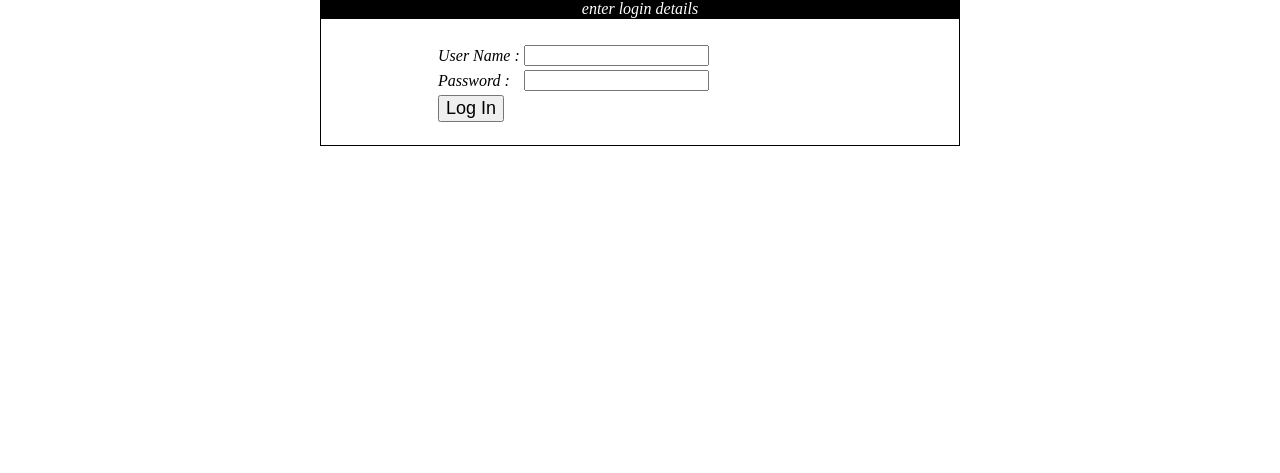
Repository: Hossam-Ali-zz/Employee-System
Page: http://localhost/Employee/login.jsp?lang=en
The author's editor kept a copy of each file at every save. The page is drawn from the files as they stood at one save, then again after the next save.
The browser window is 1280 px wide. The pictures show the whole page.
The page is served by Tomcat 9. Nobody is signed in. The application's start-up code is not run. Other server files are loaded and not shown.

Above is the page before, as saved 2017-04-03 11:39:17.

### Employee/WebContent/login.jsp
<!DOCTYPE html>
<html>
<head>
<meta charset="UTF-8">
<title>Login</title>
</head>
<style>
body {
	font-style: italic;
	width: 50%;
	margin: 0px auto;
}

#login_form {

}

#f1 {
	background-color: #FFF;
	border-style: solid;
	border-width: 1px;
	padding: 23px 1px 20px 114px;
}

.f1_label {
	white-space: nowrap;
}

span {
	color: white;
}

.new {
	background: black;
	text-align: center;
}
</style>


</head>

<body>
        <div id="login_form">
            <div class="new">
			<span>enter login details</span>
		</div>  <!-- This is your header text-->
            <form name="f1" method="post" action="login.php" id="f1">
                <table>
                    <tr>
                        <td class="f1_label">User Name :</td> <!-- This is your first Input Box Label-->
                        <td><input type="text" name="username"
						value="" />
					<!-- This is your first Input Box-->
                        </td>
                    </tr>
                    <tr>
                        <td class="f1_label">Password  :</td>
					<!-- This is your Second Input Box Label-->
                        <td><input type="password" name="password"
						value="" />
					<!-- This is your Second Input Box -->
                        </td>
                    </tr>
                    <tr>
                        <td>
                            <input type="submit" name="login"
						value="Log In" style="font-size:18px; " />
					<!-- This is your submit button -->
                        </td>
                    </tr>
                </table>
            </form>
        </div>
</body>


</html>

After the next save:
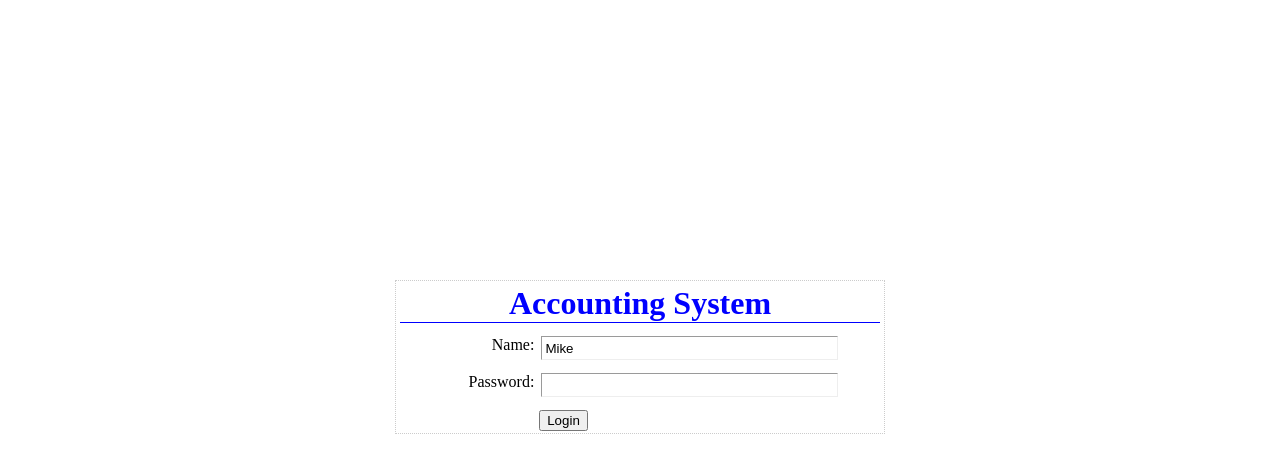
Saved 53 s later.
--- a/Employee/WebContent/login.jsp
+++ b/Employee/WebContent/login.jsp
@@ -1,77 +1,25 @@
-<!DOCTYPE html>
-<html>
+<!DOCTYPE HTML PUBLIC "-//W3C//DTD HTML 4.01//EN" "http://www.w3.org/TR/html4/strict.dtd"><html>
 <head>
-<meta charset="UTF-8">
-<title>Login</title>
+<title>Accounting</title>
+<style type="text/css">
+		html,body{height: 100%; padding:0; margin:0;}
+		form{ width:30em;height:9em; margin:-5em auto 0 auto; position: relative; top:50%; border:1px dotted #ccc; padding:.25em; }
+		fieldset{ margin:0;   border:0;padding:0;}
+		legend{float:left; font-size: 200%; text-align: center; color:blue; font-weight: bold; border-bottom: 1px solid blue; width:15em;  padding:0; }
+		label, label+ input {display:inline; float:left;margin-top:1em;}
+		label{text-align: right; width:28%; clear: left; margin-top:.8em; }
+		label+ input{ width:60%; padding:.25em; ; margin-left:.5em; border: 1px inset;  margin-left: }
+		#sub{  margin-top:1em; position: relative; float:left;clear: left; margin-left: 29%}
+</style>
 </head>
-<style>
-body {
-	font-style: italic;
-	width: 50%;
-	margin: 0px auto;
-}
-
-#login_form {
-
-}
-
-#f1 {
-	background-color: #FFF;
-	border-style: solid;
-	border-width: 1px;
-	padding: 23px 1px 20px 114px;
-}
-
-.f1_label {
-	white-space: nowrap;
-}
-
-span {
-	color: white;
-}
-
-.new {
-	background: black;
-	text-align: center;
-}
-</style>
-
-
-</head>
-
 <body>
-        <div id="login_form">
-            <div class="new">
-			<span>enter login details</span>
-		</div>  <!-- This is your header text-->
-            <form name="f1" method="post" action="login.php" id="f1">
-                <table>
-                    <tr>
-                        <td class="f1_label">User Name :</td> <!-- This is your first Input Box Label-->
-                        <td><input type="text" name="username"
-						value="" />
-					<!-- This is your first Input Box-->
-                        </td>
-                    </tr>
-                    <tr>
-                        <td class="f1_label">Password  :</td>
-					<!-- This is your Second Input Box Label-->
-                        <td><input type="password" name="password"
-						value="" />
-					<!-- This is your Second Input Box -->
-                        </td>
-                    </tr>
-                    <tr>
-                        <td>
-                            <input type="submit" name="login"
-						value="Log In" style="font-size:18px; " />
-					<!-- This is your submit button -->
-                        </td>
-                    </tr>
-                </table>
-            </form>
-        </div>
+${param.errorMsg}
+	<form action="<c:url value='main.do'/>" method="post">
+		<fieldset><legend>Accounting System</legend>
+			<label for="name">Name: </label><input  type="text" name="name" id="name" value="Mike">
+			<label for="password">Password: </label><input  type="password" name="password" id="password" >
+			<input type="submit" value="Login" id="sub">
+		</fieldset>
+	</form>
 </body>
-
-
 </html>
